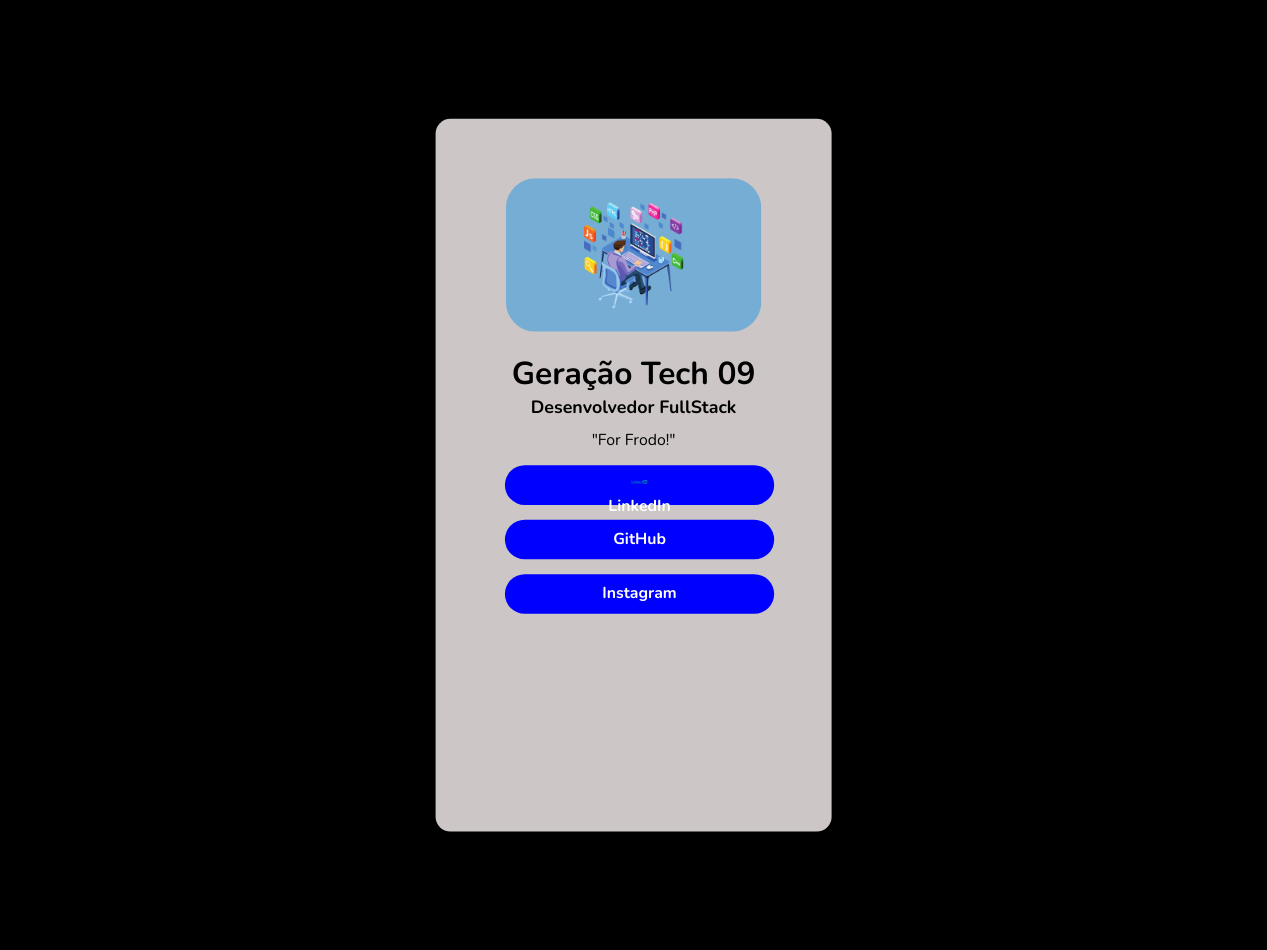
Repository: medeirosregis/linktree-gt09
Page: index.html
These files come from the project's save history. The page is drawn as it stood at one moment and after a run of saves; the edit follows.
The browser window is 1280 px wide. The pictures show the whole page, at 99% of full size.

Above is the page before, as saved 2025-04-11 10:44:40.

### index.html
<!DOCTYPE html>
<html lang="pt-br">
<head>
    <meta charset="UTF-8">
    <meta name="viewport" content="width=device-width, initial-scale=1.0">
    <title>Linktree</title>
    <link rel="stylesheet" href="style.css">
    <link rel="preconnect" href="https://fonts.googleapis.com">
    <link rel="preconnect" href="https://fonts.gstatic.com" crossorigin>
    <link href="https://fonts.googleapis.com/css2?family=Nunito:ital,wght@0,200..1000;1,200..1000&display=swap" rel="stylesheet">
    <link rel="stylesheet" type='text/css' href="https://cdn.jsdelivr.net/gh/devicons/devicon@latest/devicon.min.css" />
</head>

<body>
    <div class="container-main">
        <div class="container-image">

            <img src="./assets/freelance-work-7308505_1280.png" alt="image-profile"/>
        <div class="container-infos">
            <h1>Geração Tech 09</h1>
            <h2>Desenvolvedor FullStack</h2>
        </div>
        <div class="container-easter-egg">
            <p>"For Frodo!"</p>
        </div>
        <div class="container-social">
            <ul>
             <a href="https://www.linkedin.com/login/pt" target="_blank">
                <li>
                <i class="devicon-linkedin-plain-wordmark colored"></i>
                <p>LinkedIn</p>
                </li>
             </a>
             <a href="https://github.com/medeirosregis" target="_blank">
                <li>
                <i class="fa-brands fa-github"></i>
                <p>GitHub</p>
                </li>
            </a>
             <a href="https://instagram.com/" target="_blank">
                <li>
                <i class="fa-brands fa-instagram"></i>
                <p>Instagram</p>
                </li>
            </a>
            </ul>
        </div>
    </div>
</body>
</html>

### style.css
*{
    font-family: "Nunito", sans-serif;
    margin: 0;
    padding: 0;
    box-sizing: border-box;

}

body {
    background-color:rgb(0, 0, 0);
}

.container-main {
    background-color: #ccc6c6;
    width: 400px;
    height: 720px;
    box-sizing: border-box;
    margin: 120px auto;
    padding: 60px 70px;
    border-radius: 15px;
    text-align: center;
}

.container-image {
    margin: 0;

    & img {
        width: 258px;
        border-radius: 30px;
    }
}

.container-infos {
    margin-top: 15px;
    margin-bottom: 10px;
}

.container-infos h1 {
    font-weight: 700px;
}

.container-infos h2 {
    font-weight: 600px;
    font-size: 18px;
}

.container-social ul {
    list-style-type: none;
}

.container-social a {
    text-decoration: none;
    color: white;
}

.container-social {
    margin-top: 0px;
}

.container-social li {
    width: 272px;
    height: 40px;
    background-color: blue;
    margin: 15px 0;
    padding: 8px 0;
    border-radius: 20px;
    font-weight: 700;
}

After the next 2 saves:
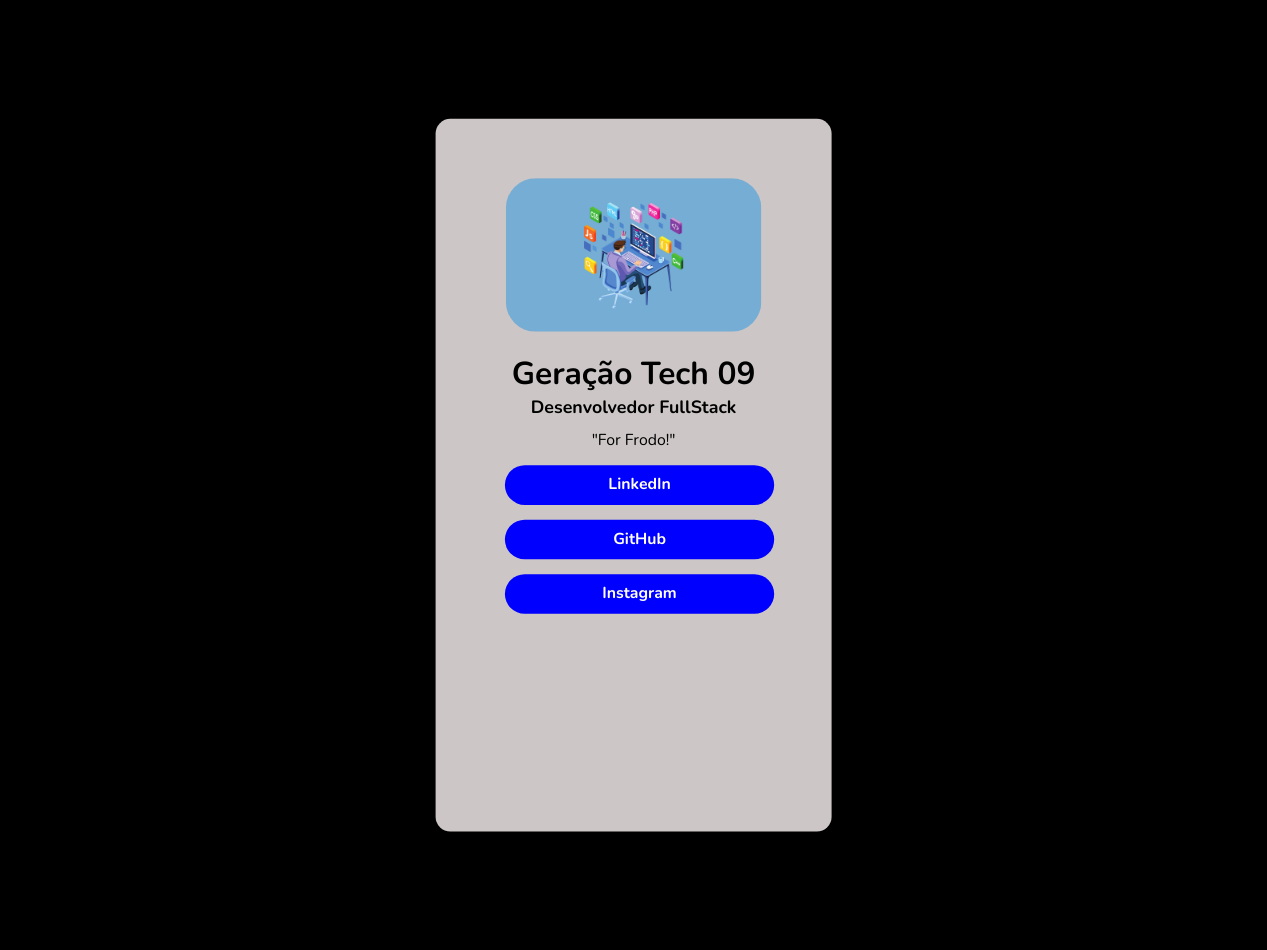
The 2 saves are shown as one change because they came seconds apart.
The last was saved 19 s later.
--- a/index.html
+++ b/index.html
@@ -27,7 +27,7 @@
             <ul>
              <a href="https://www.linkedin.com/login/pt" target="_blank">
                 <li>
-                <i class="devicon-linkedin-plain-wordmark colored"></i>
+                <i class="fa-brands fa-linkedin"></i>
                 <p>LinkedIn</p>
                 </li>
              </a>
